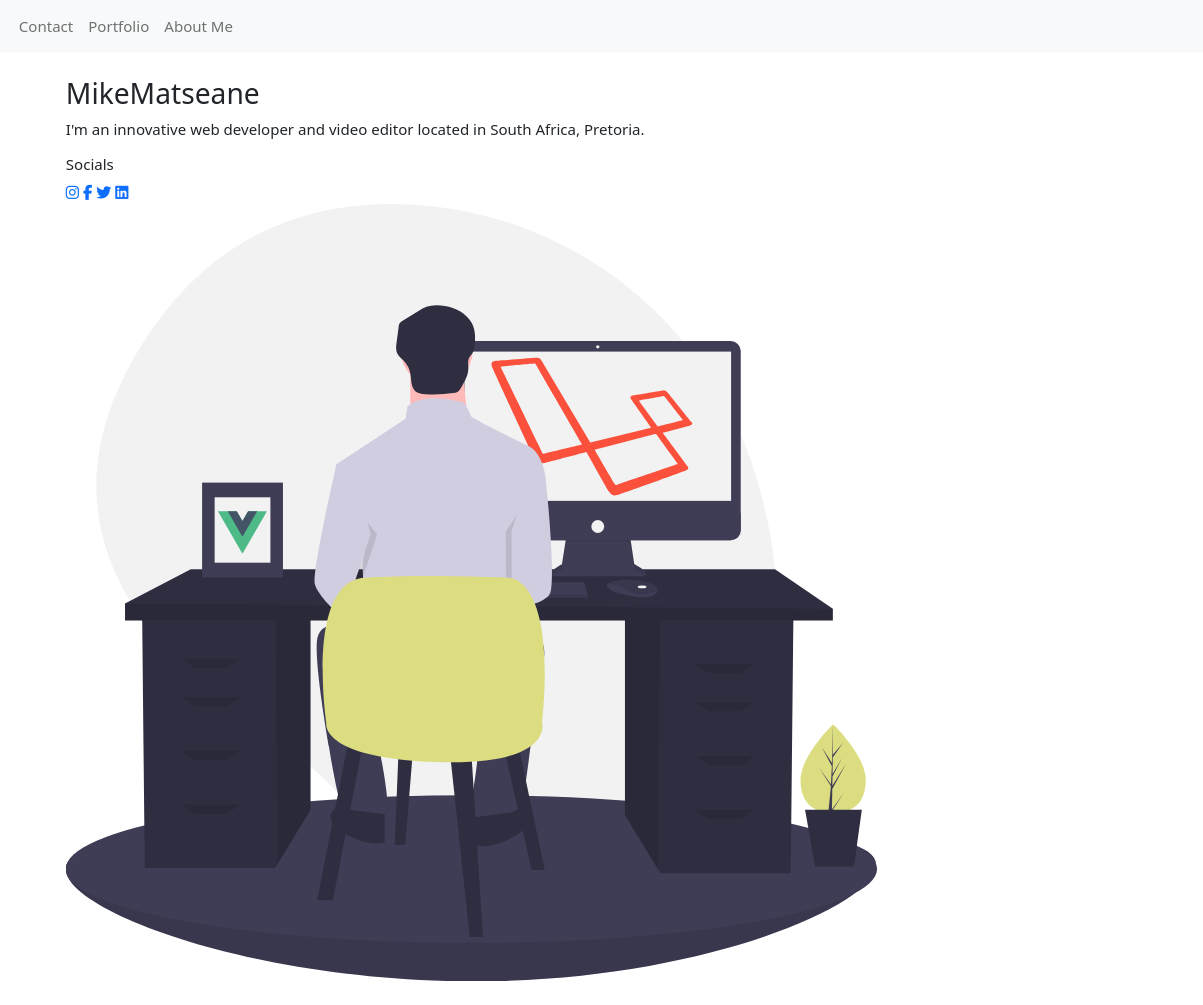
Repository: mikempho/resume10-Final
Page: resume10.html
An editor plug-in stored every save of this project. The page is shown before and after the next save, followed by the edit.
The browser window is 1280 px wide. The pictures show the whole page, at 94% of full size.
Some web libraries are served in a nearby version.

Above is the page before, as saved 2022-05-16 13:51:15.

### resume10.html
<html lang="en">
<head>
    <meta charset="UTF-8">
    <meta http-equiv="X-UA-Compatible" content="IE=edge">
    <meta name="viewport" content="width=device-width, initial-scale=1.0">
    <title>Mike Matseane</title>
    <!-- CSS only -->
    <link href="https://cdn.jsdelivr.net/npm/bootstrap@5.2.0-beta1/dist/css/bootstrap.min.css" rel="stylesheet" integrity="sha384-0evHe/X+R7YkIZDRvuzKMRqM+OrBnVFBL6DOitfPri4tjfHxaWutUpFmBp4vmVor" crossorigin="anonymous">

    <!-- CSS StyleSheet -->
    <link rel="stylesheet" href="./css/style.css">
</head>
<body>
    <!-- landing Section -->
    <header>

        <!-- navbar section -->
        <nav class="navbar navbar-expand-lg bg-light">
            <div class="container-fluid justify-content-end">
                <button class="navbar-toggler " type="button" data-bs-toggle="collapse" data-bs-target="#navbarSupportedContent" aria-controls="navbarSupportedContent" aria-expanded="false" aria-label="Toggle navigation">
                    <span class="navbar-toggler-icon"></span>
                </button>
                <div class="collapse navbar-collapse text-center" id="navbarSupportedContent">
                    <ul class="navbar-nav me-auto mb-2 mb-lg-0">
                        <li class="nav-item">
                            <a class="nav-link" aria-current="page" href="#">Contact</a>
                        </li>
                        <li class="nav-item">
                            <a class="nav-link" aria-current="page" href="#">Portfolio</a>
                        </li>
                        <li class="nav-item">
                            <a class="nav-link" aria-current="page" href="#">About Me</a>
                        </li>
                    </ul>
                </div>
            </div>
        </nav>

        <!-- hero section -->
        <div class="container hero">
            <div class="content-box">
                <h1><span>Mike</span>Matseane</h1>
                <p>I'm an innovative web developer and video editor located in South Africa, Pretoria.</p>
                <div class="icon-box">
                    <h6>Socials</h6>
                    <!-- Social Icons -->
                    <a href=""><i class="fa-brands fa-instagram"></i></a>
                    <a href=""><i class="fa-brands fa-facebook-f"></i></a>
                    <a href=""><i class="fa-brands fa-twitter"></i></a>
                    <a href=""><i class="fa-brands fa-linkedin"></i></a>

                </div>
            </div>
            <div class="hero-section-img">
                <img src="./assets/img/undraw_laravel_and_vue_-59-tp.svg" alt="">
            </div>
        </div>
    </header>
    <!-- Font Awesome -->
    <script src="https://kit.fontawesome.com/80b57f53cf.js" crossorigin="anonymous"></script>

    <!-- JavaScript Bundle with Popper -->
    <script src="https://cdn.jsdelivr.net/npm/bootstrap@5.2.0-beta1/dist/js/bootstrap.bundle.min.js" integrity="sha384-pprn3073KE6tl6bjs2QrFaJGz5/SUsLqktiwsUTF55Jfv3qYSDhgCecCxMW52nD2" crossorigin="anonymous"></script>
</body>
</html>

### css/style.css
/* Universal */

body {
    margin: 0;
    box-sizing: border-box;
}

h1 {
    font-size: 30px;
}

/* header section*/
/* hero section */
.hero {
    padding: 2% 0;
}

After the next save:
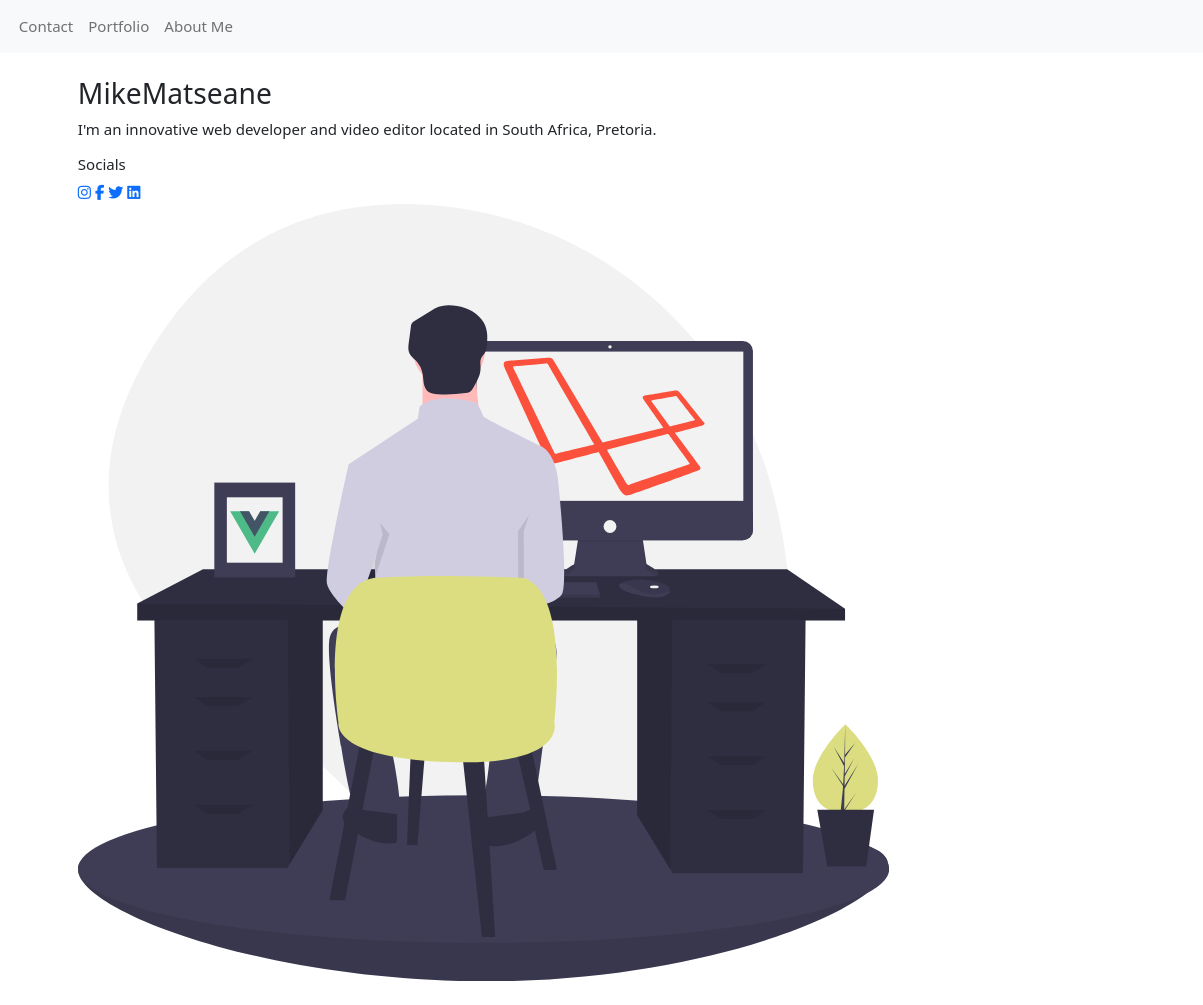
Saved 8 s later.
--- a/css/style.css
+++ b/css/style.css
@@ -12,5 +12,5 @@ h1 {
 /* header section*/
 /* hero section */
 .hero {
-    padding: 2% 0;
+    padding: 2% 1%;
 }
